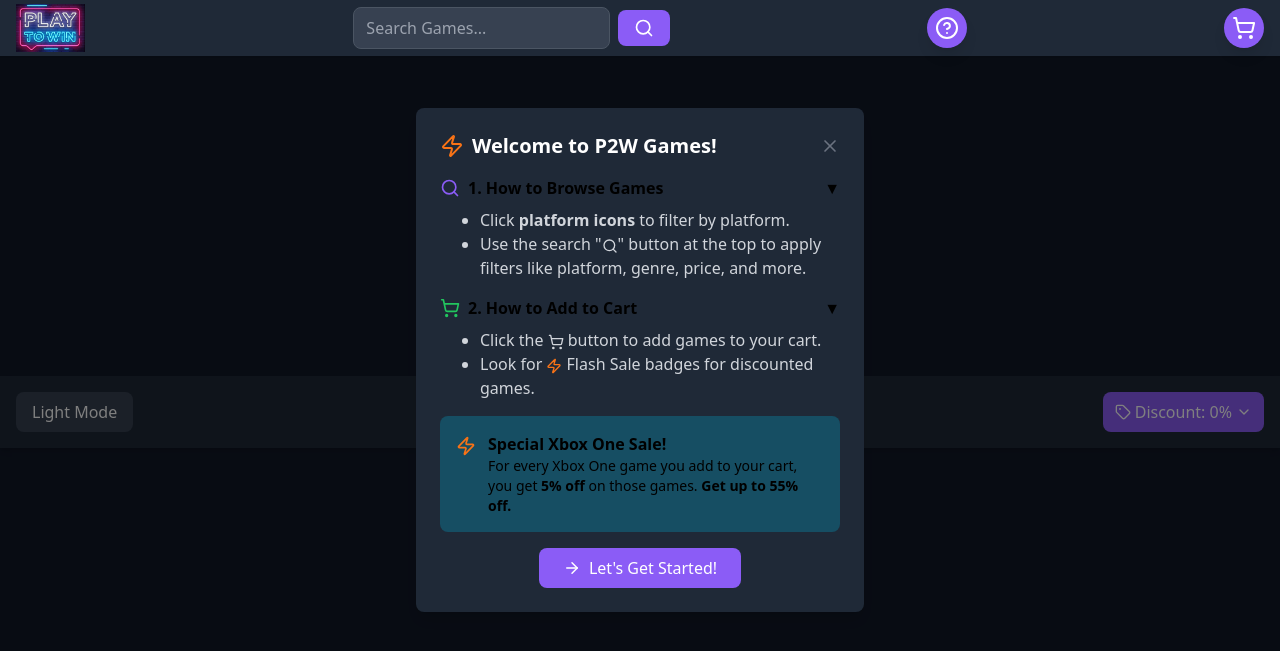
Repository: Play2Win777/P2W-Superbase
Page: /checkout
The author's editor kept a copy of each file at every save. The page is drawn from the files as they stood at one save, then again after the next save.
The browser window is 1280 px wide. The pictures show the whole page.
The page's requests for data from a server got no answer. The project was rebuilt for these pictures with package versions that can differ from the ones it lists, and the page was loaded fresh each time. No one was signed in, and anything a server would have sent is missing. Also part of the build but not shown: vite.config.ts, src/components/Filters.tsx, src/components/GameCard.tsx, src/components/FlashSaleBadge.tsx, src/pages/GameDetails.tsx, src/pages/FlashSalePage.tsx, src/pages/IntroSalePage.tsx, src/components/Toast.tsx.

Above is the page before, as saved 2025-03-23 11:56:46.

After the next save:
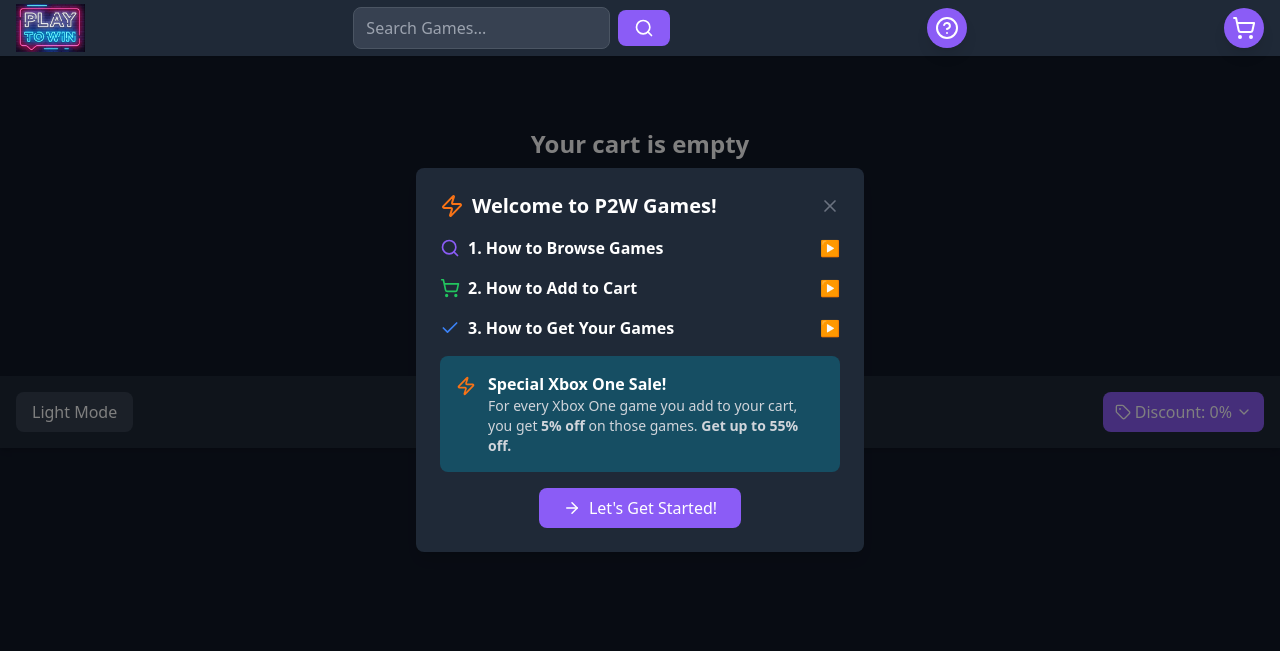
Saved 5 min 57 s later.
--- a/src/App.tsx
+++ b/src/App.tsx
@@ -18,9 +18,9 @@
 
 // IntroModal Component
 const IntroModal = ({ isOpen, onClose }) => {
-  const [isBrowseOpen, setIsBrowseOpen] = useState(true);
-  const [isAddToCartOpen, setIsAddToCartOpen] = useState(true);
-  const [isCheckoutOpen, setIsCheckoutOpen] = useState(true);
+  const [isBrowseOpen, setIsBrowseOpen] = useState(false); // Start collapsed
+  const [isAddToCartOpen, setIsAddToCartOpen] = useState(false); // Start collapsed
+  const [isCheckoutOpen, setIsCheckoutOpen] = useState(false); // Start collapsed
 
   if (!isOpen) return null;
 
@@ -53,7 +53,7 @@
           <div className="flex flex-col gap-2">
             <button
               onClick={() => setIsBrowseOpen(!isBrowseOpen)}
-              className="flex items-center gap-2 text-left"
+              className="flex items-center gap-2 text-left dark:text-white"
             >
               <Search size={20} className="flex-shrink-0 text-purple-500" />
               <p className="font-semibold">1. How to Browse Games</p>
@@ -73,7 +73,7 @@
           <div className="flex flex-col gap-2">
             <button
               onClick={() => setIsAddToCartOpen(!isAddToCartOpen)}
-              className="flex items-center gap-2 text-left"
+              className="flex items-center gap-2 text-left dark:text-white"
             >
               <ShoppingCart size={20} className="flex-shrink-0 text-green-500" />
               <p className="font-semibold">2. How to Add to Cart</p>
@@ -93,7 +93,7 @@
           <div className="flex flex-col gap-2">
             <button
               onClick={() => setIsCheckoutOpen(!isCheckoutOpen)}
-              className="flex items-center gap-2 text-left"
+              className="flex items-center gap-2 text-left dark:text-white"
             >
               <Check size={20} className="flex-shrink-0 text-blue-500" />
               <p className="font-semibold">3. How to Get Your Games</p>
@@ -115,8 +115,8 @@
           <div className="flex items-start gap-3">
             <Zap size={20} className="flex-shrink-0 mt-1 text-orange-500" />
             <div>
-              <p className="font-semibold">Special Xbox One Sale!</p>
-              <p className="text-sm">
+              <p className="font-semibold dark:text-white">Special Xbox One Sale!</p>
+              <p className="text-sm dark:text-gray-300">
                 For every Xbox One game you add to your cart, you get <strong>5% off</strong> on those games. <strong>Get up to 55% off.</strong>
               </p>
             </div>
